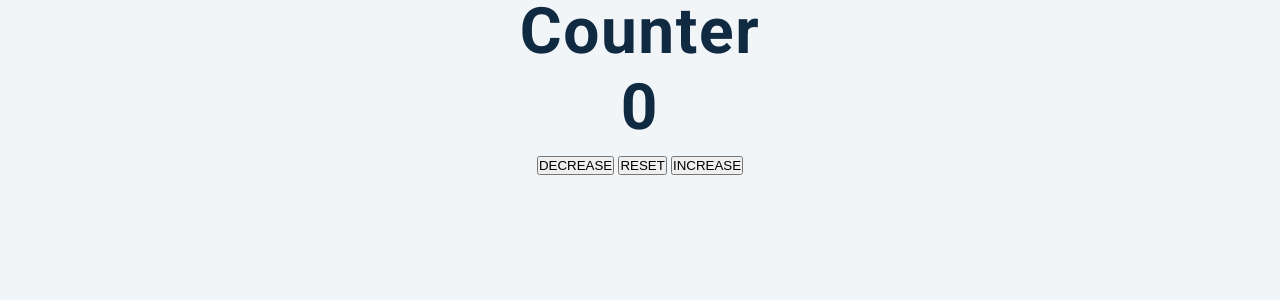
Repository: hseunghwan/practice-vanilla-javascript
Page: Counter/Counter.html
An editor plug-in stored every save of this project. The page is shown before and after the next save, followed by the edit.
The browser window is 1280 px wide. The pictures show the whole page.

Above is the page before, as saved 2023-05-09 20:54:13.

### Counter/Counter.html
<!DOCTYPE html>
<html>
    <head>
        <meta charset="utf-8" />
        <title>Counter</title>
        <link href="../styles.css" rel="stylesheet" />
        <script src="app.js"></script>
    </head>
    <body>
        <div class="container">
            <h1>Counter</h1>
            <h1 id="counter">0</h1>
            <div class="bottonbox">
                <button class="btn decrease">DECREASE</button>
                <button class="btn reset">RESET</button>
                <button class="btn increase">INCREASE</button>
            </div>
        </div>
    </body>
</html>

### styles.css
/*
===============
Fonts
===============
*/
@import url("https://fonts.googleapis.com/css?family=Open+Sans|Roboto:400,700&display=swap");

/*
===============
Variables
===============
*/

:root {
    /* dark shades of primary color*/
    --clr-primary-1: hsl(205, 86%, 17%);
    --clr-primary-2: hsl(205, 77%, 27%);
    --clr-primary-3: hsl(205, 72%, 37%);
    --clr-primary-4: hsl(205, 63%, 48%);
    /* primary/main color */
    --clr-primary-5: hsl(205, 78%, 60%);
    /* lighter shades of primary color */
    --clr-primary-6: hsl(205, 89%, 70%);
    --clr-primary-7: hsl(205, 90%, 76%);
    --clr-primary-8: hsl(205, 86%, 81%);
    --clr-primary-9: hsl(205, 90%, 88%);
    --clr-primary-10: hsl(205, 100%, 96%);
    /* darkest grey - used for headings */
    --clr-grey-1: hsl(209, 61%, 16%);
    --clr-grey-2: hsl(211, 39%, 23%);
    --clr-grey-3: hsl(209, 34%, 30%);
    --clr-grey-4: hsl(209, 28%, 39%);
    /* grey used for paragraphs */
    --clr-grey-5: hsl(210, 22%, 49%);
    --clr-grey-6: hsl(209, 23%, 60%);
    --clr-grey-7: hsl(211, 27%, 70%);
    --clr-grey-8: hsl(210, 31%, 80%);
    --clr-grey-9: hsl(212, 33%, 89%);
    --clr-grey-10: hsl(210, 36%, 96%);
    --clr-white: #fff;
    --clr-red-dark: hsl(360, 67%, 44%);
    --clr-red-light: hsl(360, 71%, 66%);
    --clr-green-dark: hsl(125, 67%, 44%);
    --clr-green-light: hsl(125, 71%, 66%);
    --clr-black: #222;
    --ff-primary: "Roboto", sans-serif;
    --ff-secondary: "Open Sans", sans-serif;
    --transition: all 0.3s linear;
    --spacing: 0.1rem;
    --radius: 0.25rem;
    --light-shadow: 0 5px 15px rgba(0, 0, 0, 0.1);
    --dark-shadow: 0 5px 15px rgba(0, 0, 0, 0.2);
    --max-width: 1170px;
    --fixed-width: 620px;
}
/*
===============
Global Styles
===============
*/

*,
::after,
::before {
    margin: 0;
    padding: 0;
    box-sizing: border-box;
}
body {
    font-family: var(--ff-secondary);
    background: var(--clr-grey-10);
    color: var(--clr-grey-1);
    line-height: 1.5;
    font-size: 0.875rem;
}
ul {
    list-style-type: none;
}
a {
    text-decoration: none;
}
h1,
h2,
h3,
h4 {
    letter-spacing: var(--spacing);
    text-transform: capitalize;
    line-height: 1.25;
    margin-bottom: 0.75rem;
    font-family: var(--ff-primary);
}
h1 {
    font-size: 3rem;
}
h2 {
    font-size: 2rem;
}
h3 {
    font-size: 1.25rem;
}
h4 {
    font-size: 0.875rem;
}
p {
    margin-bottom: 1.25rem;
    color: var(--clr-grey-5);
}
@media screen and (min-width: 800px) {
    h1 {
        font-size: 4rem;
    }
    h2 {
        font-size: 2.5rem;
    }
    h3 {
        font-size: 1.75rem;
    }
    h4 {
        font-size: 1rem;
    }
    body {
        font-size: 1rem;
    }
    h1,
    h2,
    h3,
    h4 {
        line-height: 1;
    }
}
/*  global classes */

/* section */
.section {
    padding: 5rem 0;
}

.section-center {
    width: 90vw;
    margin: 0 auto;
    max-width: 1170px;
}
@media screen and (min-width: 992px) {
    .section-center {
        width: 95vw;
    }
}
main {
    min-height: 100vh;
    display: grid;
    place-items: center;
}

/*
===============
Nav
===============
*/
nav {
    background: var(--clr-white);
    height: 3rem;
    display: grid;
    align-items: center;
    box-shadow: var(--dark-shadow);
}
.nav-center {
    width: 90vw;
    max-width: var(--fixed-width);
    margin: 0 auto;
    display: flex;
    align-items: center;
    justify-content: space-between;
}
.nav-center h4 {
    margin-bottom: 0;
    color: var(--clr-primary-5);
}
.nav-links {
    display: flex;
}
nav a {
    text-transform: capitalize;
    font-weight: 700;
    font-size: 1rem;
    color: var(--clr-primary-1);
    letter-spacing: var(--spacing);
    margin-right: 1rem;
}
nav a:hover {
    color: var(--clr-primary-5);
}
/*
===============
Container
===============
*/
main {
    min-height: calc(100vh - 3rem);
    display: grid;
    place-items: center;
}
.container {
    text-align: center;
}
.container h2 {
    background: var(--clr-black);
    color: var(--clr-white);
    padding: 1rem;
    border-radius: var(--radius);
    margin-bottom: 2.5rem;
}
.color {
    color: var(--clr-primary-5);
}
.btn-hero {
    font-family: var(--ff-primary);
    text-transform: uppercase;
    background: transparent;
    color: var(--clr-black);
    letter-spacing: var(--spacing);
    display: inline-block;
    font-weight: 700;
    transition: var(--transition);
    border: 2px solid var(--clr-black);
    cursor: pointer;
    box-shadow: 0 1px 3px rgba(0, 0, 0, 0.2);
    border-radius: var(--radius);
    font-size: 1rem;
    padding: 0.75rem 1.25rem;
}
.btn-hero:hover {
    color: var(--clr-white);
    background: var(--clr-black);
}

### Counter/app.js
window.onload = () => {
    let num = 0;
    const counter = document.querySelector("#counter");
    const btns = document.querySelectorAll(".btn");

    btns.forEach((btn) => {
        btn.addEventListener("click", (e) => {
            const styles = e.currentTarget.classList;
            if (styles.contains("decrease")) num--;
            if (styles.contains("reset")) num = 0;
            if (styles.contains("increase")) num++;
            counter.textContent = num;
        });
    });
};

Loaded but not shown: Counter/styles.css (no stored copy; drawn as an empty file)

After the next save:
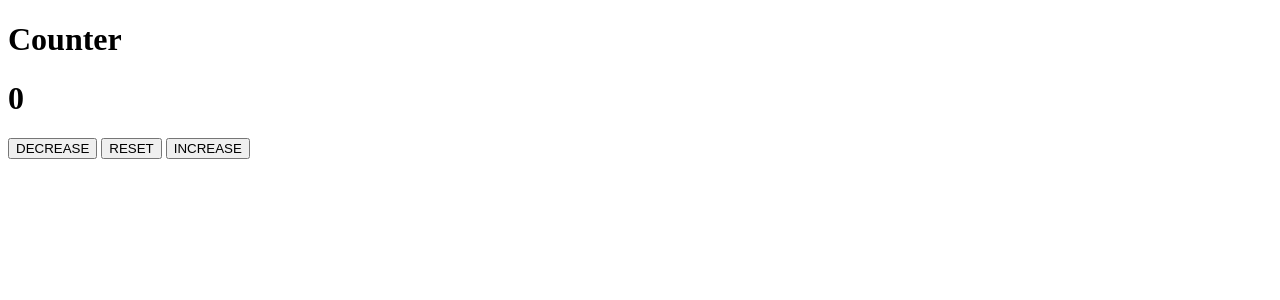
Saved 10 s later.
--- a/Counter/Counter.html
+++ b/Counter/Counter.html
@@ -3,7 +3,7 @@
     <head>
         <meta charset="utf-8" />
         <title>Counter</title>
-        <link href="../styles.css" rel="stylesheet" />
+        <link href="styles.css" rel="stylesheet" />
         <script src="app.js"></script>
     </head>
     <body>
